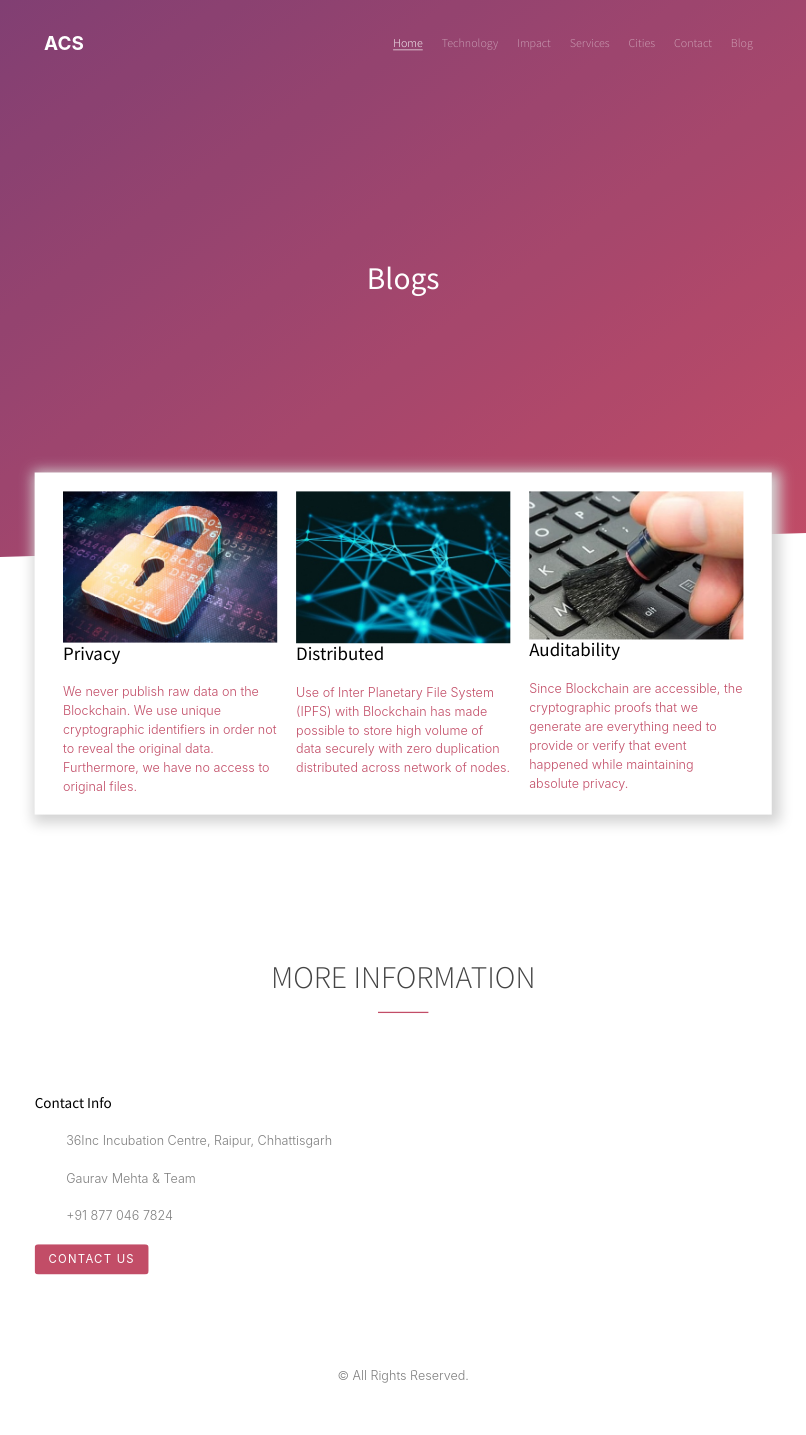
Repository: agarwalrahul-22/acs
Page: /blog
The author's editor kept a copy of each file at every save. The page is drawn from the files as they stood at one save, then again after the next save.
The browser window is 1280 px wide. The pictures show the whole page, at 63% of full size.
Some web fonts or font styles are not loaded; a fallback is used. The project was rebuilt for these pictures with package versions that can differ from the ones it lists, and the page was loaded fresh each time. Also part of the build but not shown: src/components/main/LandingComponent.js, src/components/main/TechComponent.js, src/components/main/ImpactComponent.js, src/components/main/ServicesComponent.js, src/components/main/CitiesComponent.js, src/components/main/ContactComponent.js, src/components/MainComponent.js, src/components/IBlogComponent.js.

Above is the page before, as saved 2022-10-10 22:27:13.

### public/index.html
<!DOCTYPE html>
<html lang="en">
  <head>
    <meta charset="utf-8" />
    <link rel="icon" href="%PUBLIC_URL%/favicon.ico" />
    <meta name="viewport" content="width=device-width, initial-scale=1" />
    <meta name="theme-color" content="#000000" />
    <meta name="description" content="Blockchain based Atithi Compliance System" />
    <link rel="apple-touch-icon" href="%PUBLIC_URL%/logo192.png" />
    <link href='https://fonts.googleapis.com/css?family=Source+Sans+Pro:400,300,600,400italic,700' rel='stylesheet'
      type='text/css'>
    <link rel="stylesheet" href="css/animate.css">
    <link rel="stylesheet" href="css/icomoon.css">
    <link rel="stylesheet" href="css/simple-line-icons.css">
    <link rel="stylesheet" href="css/magnific-popup.css">
    <link rel="stylesheet" href="css/bootstrap.css">
    <link rel="stylesheet" href="css/style3.css">
    <!--
      manifest.json provides metadata used when your web app is installed on a
      user's mobile device or desktop. See https://developers.google.com/web/fundamentals/web-app-manifest/
    -->
    <link rel="manifest" href="%PUBLIC_URL%/manifest.json" />
    <!--
      Notice the use of %PUBLIC_URL% in the tags above.
      It will be replaced with the URL of the `public` folder during the build.
      Only files inside the `public` folder can be referenced from the HTML.

      Unlike "/favicon.ico" or "favicon.ico", "%PUBLIC_URL%/favicon.ico" will
      work correctly both with client-side routing and a non-root public URL.
      Learn how to configure a non-root public URL by running `npm run build`.
    -->
    <title>Atithi Compliance System</title>
  </head>
  <body>
    <noscript>You need to enable JavaScript to run this app.</noscript>
    <div id="root"></div>
    <!--
      This HTML file is a template.
      If you open it directly in the browser, you will see an empty page.

      You can add webfonts, meta tags, or analytics to this file.
      The build step will place the bundled scripts into the <body> tag.

      To begin the development, run `npm start` or `yarn start`.
      To create a production bundle, use `npm run build` or `yarn build`.
    -->
  </body>
</html>

### src/components/FooterComponent.js
import React from 'react'

export default function FooterComponent() {
  return (
    <div>
      <section id="fh5co-contact" data-section="contact">
        <div className="container">
          <div className="row">
            <div className="col-md-12 section-heading text-center">
              <h2 className="to-animate">More Information</h2>
            </div>
            <div className="row row-bottom-padded-md">
              <div className="col-md-6 to-animate">
                <h3>Contact Info</h3>
                <ul className="fh5co-contact-info">
                  <li>
                    <i className="icon-home"></i>36Inc Incubation Centre,
                    Raipur, Chhattisgarh
                  </li>
                  <li>
                    <i className="icon-envelope"></i>Gaurav Mehta & Team
                  </li>
                  <li>
                    <i className="icon-phone"></i>+91 877 046 7824
                  </li>
                </ul>
                <div className="form-group ">
                  <a
                    rel="noopener"
                    className="btn btn-primary btn-lg"
                    target="_blank"
                    href="https://docs.google.com/forms/d/e/1FAIpQLScY8eRM8vKYqxOk8EkxHlNGjagj-Hm-ePQu4LbVlgjD5vNo3w/viewform"
                  >
                    Contact Us
                  </a>
                </div>
              </div>
            </div>
          </div>
        </div>
      </section>
      <footer id="footer" role="contentinfo">
        <a href="#" className="gotop js-gotop">
          <i className="icon-arrow-up2"></i>
        </a>
        <div className="container">
          <div className="">
            <div className="col-md-12 text-center">
              <p>&copy; All Rights Reserved.</p>
            </div>
          </div>
        </div>
      </footer>
    </div>
  );
}

### public/css/simple-line-icons.css
@font-face {
  font-family: 'simple-line-icons';
  src:  url('../fonts/simple-line-icons/Simple-Line-Icons.eot?v=2.2.2');
  src:  url('../fonts/simple-line-icons/Simple-Line-Icons.eot?#iefix&v=2.2.2') format('embedded-opentype'),
        url('../fonts/simple-line-icons/Simple-Line-Icons.ttf?v=2.2.2') format('truetype'),
        url('../fonts/simple-line-icons/Simple-Line-Icons.woff2?v=2.2.2') format('woff2'),
        url('../fonts/simple-line-icons/Simple-Line-Icons.woff?v=2.2.2') format('woff'),
        url('../fonts/simple-line-icons/Simple-Line-Icons.svg?v=2.2.2#simple-line-icons') format('svg');
  font-weight: normal;
  font-style: normal;
}
/*
 Use the following CSS code if you want to have a class per icon.
 Instead of a list of all class selectors, you can use the generic [class*="icon-"] selector, but it's slower:
*/
.icon-user,
.icon-people,
.icon-user-female,
.icon-user-follow,
.icon-user-following,
.icon-user-unfollow,
.icon-login,
.icon-logout,
.icon-emotsmile,
.icon-phone,
.icon-call-end,
.icon-call-in,
.icon-call-out,
.icon-map,
.icon-location-pin,
.icon-direction,
.icon-directions,
.icon-compass,
.icon-layers,
.icon-menu,
.icon-list,
.icon-options-vertical,
.icon-options,
.icon-arrow-down,
.icon-arrow-left,
.icon-arrow-right,
.icon-arrow-up,
.icon-arrow-up-circle,
.icon-arrow-left-circle,
.icon-arrow-right-circle,
.icon-arrow-down-circle,
.icon-check,
.icon-clock,
.icon-plus,
.icon-close,
.icon-trophy,
.icon-screen-smartphone,
.icon-screen-desktop,
.icon-plane,
.icon-notebook,
.icon-mustache,
.icon-mouse,
.icon-magnet,
.icon-energy,
.icon-disc,
.icon-cursor,
.icon-cursor-move,
.icon-crop,
.icon-chemistry,
.icon-speedometer,
.icon-shield,
.icon-screen-tablet,
.icon-magic-wand,
.icon-hourglass,
.icon-graduation,
.icon-ghost,
.icon-game-controller,
.icon-fire,
.icon-eyeglass,
.icon-envelope-open,
.icon-envelope-letter,
.icon-bell,
.icon-badge,
.icon-anchor,
.icon-wallet,
.icon-vector,
.icon-speech,
.icon-puzzle,
.icon-printer,
.icon-present,
.icon-playlist,
.icon-pin,
.icon-picture,
.icon-handbag,
.icon-globe-alt,
.icon-globe,
.icon-folder-alt,
.icon-folder,
.icon-film,
.icon-feed,
.icon-drop,
.icon-drawar,
.icon-docs,
.icon-doc,
.icon-diamond,
.icon-cup,
.icon-calculator,
.icon-bubbles,
.icon-briefcase,
.icon-book-open,
.icon-basket-loaded,
.icon-basket,
.icon-bag,
.icon-action-undo,
.icon-action-redo,
.icon-wrench,
.icon-umbrella,
.icon-trash,
.icon-tag,
.icon-support,
.icon-frame,
.icon-size-fullscreen,
.icon-size-actual,
.icon-shuffle,
.icon-share-alt,
.icon-share,
.icon-rocket,
.icon-question,
.icon-pie-chart,
.icon-pencil,
.icon-note,
.icon-loop,
.icon-home,
.icon-grid,
.icon-graph,
.icon-microphone,
.icon-music-tone-alt,
.icon-music-tone,
.icon-earphones-alt,
.icon-earphones,
.icon-equalizer,
.icon-like,
.icon-dislike,
.icon-control-start,
.icon-control-rewind,
.icon-control-play,
.icon-control-pause,
.icon-control-forward,
.icon-control-end,
.icon-volume-1,
.icon-volume-2,
.icon-volume-off,
.icon-calendar,
.icon-bulb,
.icon-chart,
.icon-ban,
.icon-bubble,
.icon-camrecorder,
.icon-camera,
.icon-cloud-download,
.icon-cloud-upload,
.icon-envelope,
.icon-eye,
.icon-flag,
.icon-heart,
.icon-info,
.icon-key,
.icon-link,
.icon-lock,
.icon-lock-open,
.icon-magnifier,
.icon-magnifier-add,
.icon-magnifier-remove,
.icon-paper-clip,
.icon-paper-plane,
.icon-power,
.icon-refresh,
.icon-reload,
.icon-settings,
.icon-star,
.icon-symble-female,
.icon-symbol-male,
.icon-target,
.icon-credit-card,
.icon-paypal,
.icon-social-tumblr,
.icon-social-twitter,
.icon-social-facebook,
.icon-social-instagram,
.icon-social-linkedin,
.icon-social-pinterest,
.icon-social-github,
.icon-social-gplus,
.icon-social-reddit,
.icon-social-skype,
.icon-social-dribbble,
.icon-social-behance,
.icon-social-foursqare,
.icon-social-soundcloud,
.icon-social-spotify,
.icon-social-stumbleupon,
.icon-social-youtube,
.icon-social-dropbox {
  font-family: 'simple-line-icons';
  speak: none;
  font-style: normal;
  font-weight: normal;
  font-variant: normal;
  text-transform: none;
  line-height: 1;
  /* Better Font Rendering =========== */
  -webkit-font-smoothing: antialiased;
  -moz-osx-font-smoothing: grayscale;
}
.icon-user:before {
  content: "\e005";
}
.icon-people:before {
  content: "\e001";
}
.icon-user-female:before {
  content: "\e000";
}
.icon-user-follow:before {
  content: "\e002";
}
.icon-user-following:before {
  content: "\e003";
}
.icon-user-unfollow:before {
  content: "\e004";
}
.icon-login:before {
  content: "\e066";
}
.icon-logout:before {
  content: "\e065";
}
.icon-emotsmile:before {
  content: "\e021";
}
.icon-phone:before {
  content: "\e600";
}
.icon-call-end:before {
  content: "\e048";
}
.icon-call-in:before {
  content: "\e047";
}
.icon-call-out:before {
  content: "\e046";
}
.icon-map:before {
  content: "\e033";
}
.icon-location-pin:before {
  content: "\e096";
}
.icon-direction:before {
  content: "\e042";
}
.icon-directions:before {
  content: "\e041";
}
.icon-compass:before {
  content: "\e045";
}
.icon-layers:before {
  content: "\e034";
}
.icon-menu:before {
  content: "\e601";
}
.icon-list:before {
  content: "\e067";
}
.icon-options-vertical:before {
  content: "\e602";
}
.icon-options:before {
  content: "\e603";
}
.icon-arrow-down:before {
  content: "\e604";
}
.icon-arrow-left:before {
  content: "\e605";
}
.icon-arrow-right:before {
  content: "\e606";
}
.icon-arrow-up:before {
  content: "\e607";
}
.icon-arrow-up-circle:before {
  content: "\e078";
}
.icon-arrow-left-circle:before {
  content: "\e07a";
}
.icon-arrow-right-circle:before {
  content: "\e079";
}
.icon-arrow-down-circle:before {
  content: "\e07b";
}
.icon-check:before {
  content: "\e080";
}
.icon-clock:before {
  content: "\e081";
}
.icon-plus:before {
  content: "\e095";
}
.icon-close:before {
  content: "\e082";
}
.icon-trophy:before {
  content: "\e006";
}
.icon-screen-smartphone:before {
  content: "\e010";
}
.icon-screen-desktop:before {
  content: "\e011";
}
.icon-plane:before {
  content: "\e012";
}
.icon-notebook:before {
  content: "\e013";
}
.icon-mustache:before {
  content: "\e014";
}
.icon-mouse:before {
  content: "\e015";
}
.icon-magnet:before {
  content: "\e016";
}
.icon-energy:before {
  content: "\e020";
}
.icon-disc:before {
  content: "\e022";
}
.icon-cursor:before {
  content: "\e06e";
}
.icon-cursor-move:before {
  content: "\e023";
}
.icon-crop:before {
  content: "\e024";
}
.icon-chemistry:before {
  content: "\e026";
}
.icon-speedometer:before {
  content: "\e007";
}
.icon-shield:before {
  content: "\e00e";
}
.icon-screen-tablet:before {
  content: "\e00f";
}
.icon-magic-wand:before {
  content: "\e017";
}
.icon-hourglass:before {
  content: "\e018";
}
.icon-graduation:before {
  content: "\e019";
}
.icon-ghost:before {
  content: "\e01a";
}
.icon-game-controller:before {
  content: "\e01b";
}
.icon-fire:before {
  content: "\e01c";
}
.icon-eyeglass:before {
  content: "\e01d";
}
.icon-envelope-open:before {
  content: "\e01e";
}
.icon-envelope-letter:before {
  content: "\e01f";
}
.icon-bell:before {
  content: "\e027";
}
.icon-badge:before {
  content: "\e028";
}
.icon-anchor:before {
  content: "\e029";
}
.icon-wallet:before {
  content: "\e02a";
}
.icon-vector:before {
  content: "\e02b";
}
.icon-speech:before {
  content: "\e02c";
}
.icon-puzzle:before {
  content: "\e02d";
}
.icon-printer:before {
  content: "\e02e";
}
.icon-present:before {
  content: "\e02f";
}
.icon-playlist:before {
  content: "\e030";
}
.icon-pin:before {
  content: "\e031";
}
.icon-picture:before {
  content: "\e032";
}
.icon-handbag:before {
  content: "\e035";
}
.icon-globe-alt:before {
  content: "\e036";
}
.icon-globe:before {
  content: "\e037";
}
.icon-folder-alt:before {
  content: "\e039";
}
.icon-folder:before {
  content: "\e089";
}
.icon-film:before {
  content: "\e03a";
}
.icon-feed:before {
  content: "\e03b";
}
.icon-drop:before {
  content: "\e03e";
}
.icon-drawar:before {
  content: "\e03f";
}
.icon-docs:before {
  content: "\e040";
}
.icon-doc:before {
  content: "\e085";
}
.icon-diamond:before {
  content: "\e043";
}
.icon-cup:before {
  content: "\e044";
}
.icon-calculator:before {
  content: "\e049";
}
.icon-bubbles:before {
  content: "\e04a";
}
.icon-briefcase:before {
  content: "\e04b";
}
.icon-book-open:before {
  content: "\e04c";
}
.icon-basket-loaded:before {
  content: "\e04d";
}
.icon-basket:before {
  content: "\e04e";
}
.icon-bag:before {
  content: "\e04f";
}
.icon-action-undo:before {
  content: "\e050";
}
.icon-action-redo:before {
  content: "\e051";
}
.icon-wrench:before {
  content: "\e052";
}
.icon-umbrella:before {
  content: "\e053";
}
.icon-trash:before {
  content: "\e054";
}
.icon-tag:before {
  content: "\e055";
}
.icon-support:before {
  content: "\e056";
}
.icon-frame:before {
  content: "\e038";
}
.icon-size-fullscreen:before {
  content: "\e057";
}
.icon-size-actual:before {
  content: "\e058";
}
.icon-shuffle:before {
  content: "\e059";
}
.icon-share-alt:before {
  content: "\e05a";
}
.icon-share:before {
  content: "\e05b";
}
.icon-rocket:before {
  content: "\e05c";
}
.icon-question:before {
  content: "\e05d";
}
.icon-pie-chart:before {
  content: "\e05e";
}
.icon-pencil:before {
  content: "\e05f";
}
.icon-note:before {
  content: "\e060";
}
.icon-loop:before {
  content: "\e064";
}
.icon-home:before {
  content: "\e069";
}
.icon-grid:before {
  content: "\e06a";
}
.icon-graph:before {
  content: "\e06b";
}
.icon-microphone:before {
  content: "\e063";
}
.icon-music-tone-alt:before {
  content: "\e061";
}
.icon-music-tone:before {
  content: "\e062";
}
.icon-earphones-alt:before {
  content: "\e03c";
}
.icon-earphones:before {
  content: "\e03d";
}
.icon-equalizer:before {
  content: "\e06c";
}
.icon-like:before {
  content: "\e068";
}
.icon-dislike:before {
  content: "\e06d";
}
.icon-control-start:before {
  content: "\e06f";
}
.icon-control-rewind:before {
  content: "\e070";
}
.icon-control-play:before {
  content: "\e071";
}
.icon-control-pause:before {
  content: "\e072";
}
.icon-control-forward:before {
  content: "\e073";
}
.icon-control-end:before {
  content: "\e074";
}
.icon-volume-1:before {
  content: "\e09f";
}
.icon-volume-2:before {
  content: "\e0a0";
}
.icon-volume-off:before {
  content: "\e0a1";
}
.icon-calendar:before {
  content: "\e075";
}
.icon-bulb:before {
  content: "\e076";
}
.icon-chart:before {
  content: "\e077";
}
.icon-ban:before {
  content: "\e07c";
}
.icon-bubble:before {
  content: "\e07d";
}
.icon-camrecorder:before {
  content: "\e07e";
}
.icon-camera:before {
  content: "\e07f";
}
.icon-cloud-download:before {
  content: "\e083";
}
.icon-cloud-upload:before {
  content: "\e084";
}
.icon-envelope:before {
  content: "\e086";
}
.icon-eye:before {
  content: "\e087";
}
.icon-flag:before {
  content: "\e088";
}
.icon-heart:before {
  content: "\e08a";
}
.icon-info:before {
  content: "\e08b";
}
.icon-key:before {
  content: "\e08c";
}
.icon-link:before {
  content: "\e08d";
}
.icon-lock:before {
  content: "\e08e";
}
.icon-lock-open:before {
  content: "\e08f";
}
.icon-magnifier:before {
  content: "\e090";
}
.icon-magnifier-add:before {
  content: "\e091";
}
.icon-magnifier-remove:before {
  content: "\e092";
}
.icon-paper-clip:before {
  content: "\e093";
}
.icon-paper-plane:before {
  content: "\e094";
}
.icon-power:before {
  content: "\e097";
}
.icon-refresh:before {
  content: "\e098";
}
.icon-reload:before {
  content: "\e099";
}
.icon-settings:before {
  content: "\e09a";
}
.icon-star:before {
  content: "\e09b";
}
.icon-symble-female:before {
  content: "\e09c";
}
.icon-symbol-male:before {
  content: "\e09d";
}
.icon-target:before {
  content: "\e09e";
}
.icon-credit-card:before {
  content: "\e025";
}
.icon-paypal:before {
  content: "\e608";
}
.icon-social-tumblr:before {
  content: "\e00a";
}
.icon-social-twitter:before {
  content: "\e009";
}
.icon-social-facebook:before {
  content: "\e00b";
}
.icon-social-instagram:before {
  content: "\e609";
}
.icon-social-linkedin:before {
  content: "\e60a";
}
.icon-social-pinterest:before {
  content: "\e60b";
}
.icon-social-github:before {
  content: "\e60c";
}
.icon-social-gplus:before {
  content: "\e60d";
}
.icon-social-reddit:before {
  content: "\e60e";
}
.icon-social-skype:before {
  content: "\e60f";
}
.icon-social-dribbble:before {
  content: "\e00d";
}
.icon-social-behance:before {
  content: "\e610";
}
.icon-social-foursqare:before {
  content: "\e611";
}
.icon-social-soundcloud:before {
  content: "\e612";
}
.icon-social-spotify:before {
  content: "\e613";
}
.icon-social-stumbleupon:before {
  content: "\e614";
}
.icon-social-youtube:before {
  content: "\e008";
}
.icon-social-dropbox:before {
  content: "\e00c";
}

Loaded but not shown: src/index.js (common file); src/index.css (common file); src/reportWebVitals.js (common file); public/css/animate.css (library); public/css/icomoon.css (common file); public/css/magnific-popup.css (library); public/css/bootstrap.css (library); src/components/BlogComponent.js (91 lines, source omitted); src/components/HeaderComponent.js (68 lines, source omitted); src/App.js (40 lines, source omitted); public/css/style3.css (1411 lines, source omitted)

After the next save:
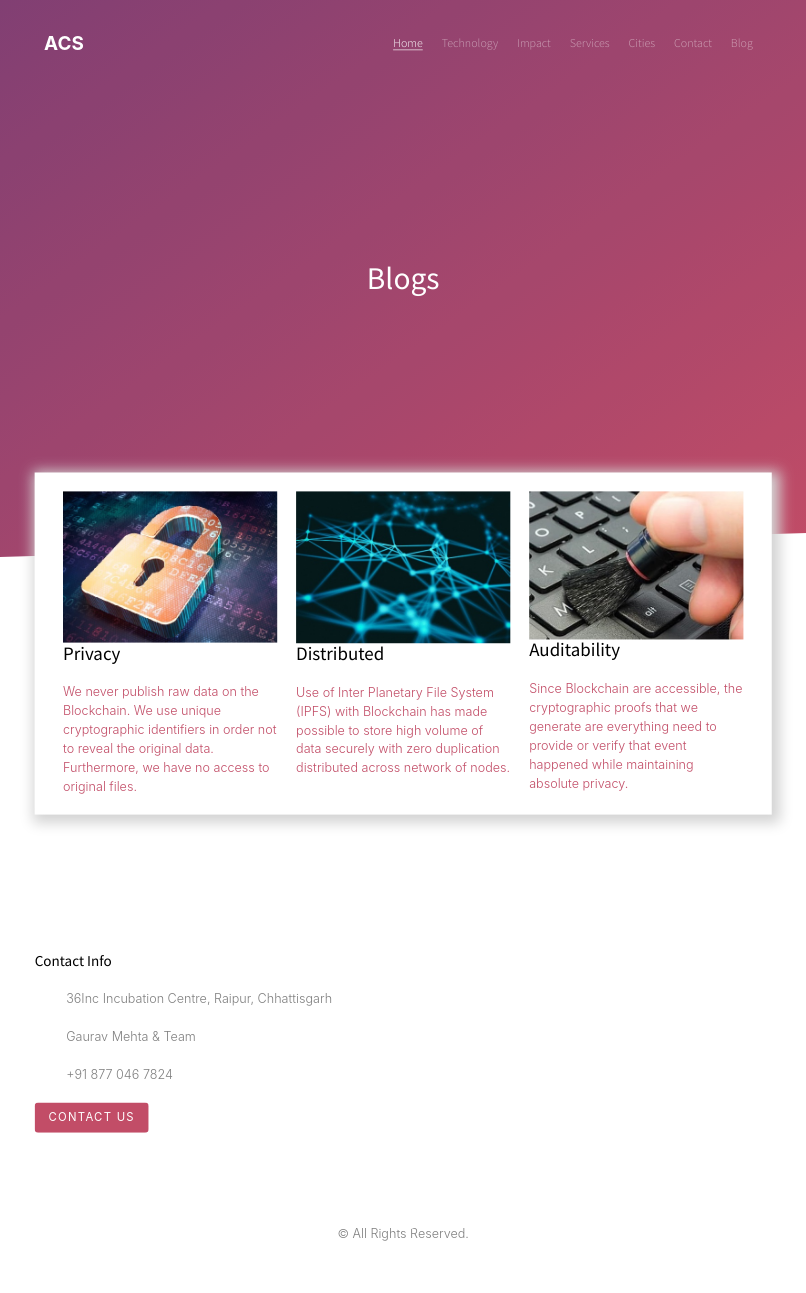
Saved 25 s later.
--- a/src/components/FooterComponent.js
+++ b/src/components/FooterComponent.js
@@ -6,9 +6,6 @@ export default function FooterComponent() {
       <section id="fh5co-contact" data-section="contact">
         <div className="container">
           <div className="row">
-            <div className="col-md-12 section-heading text-center">
-              <h2 className="to-animate">More Information</h2>
-            </div>
             <div className="row row-bottom-padded-md">
               <div className="col-md-6 to-animate">
                 <h3>Contact Info</h3>
